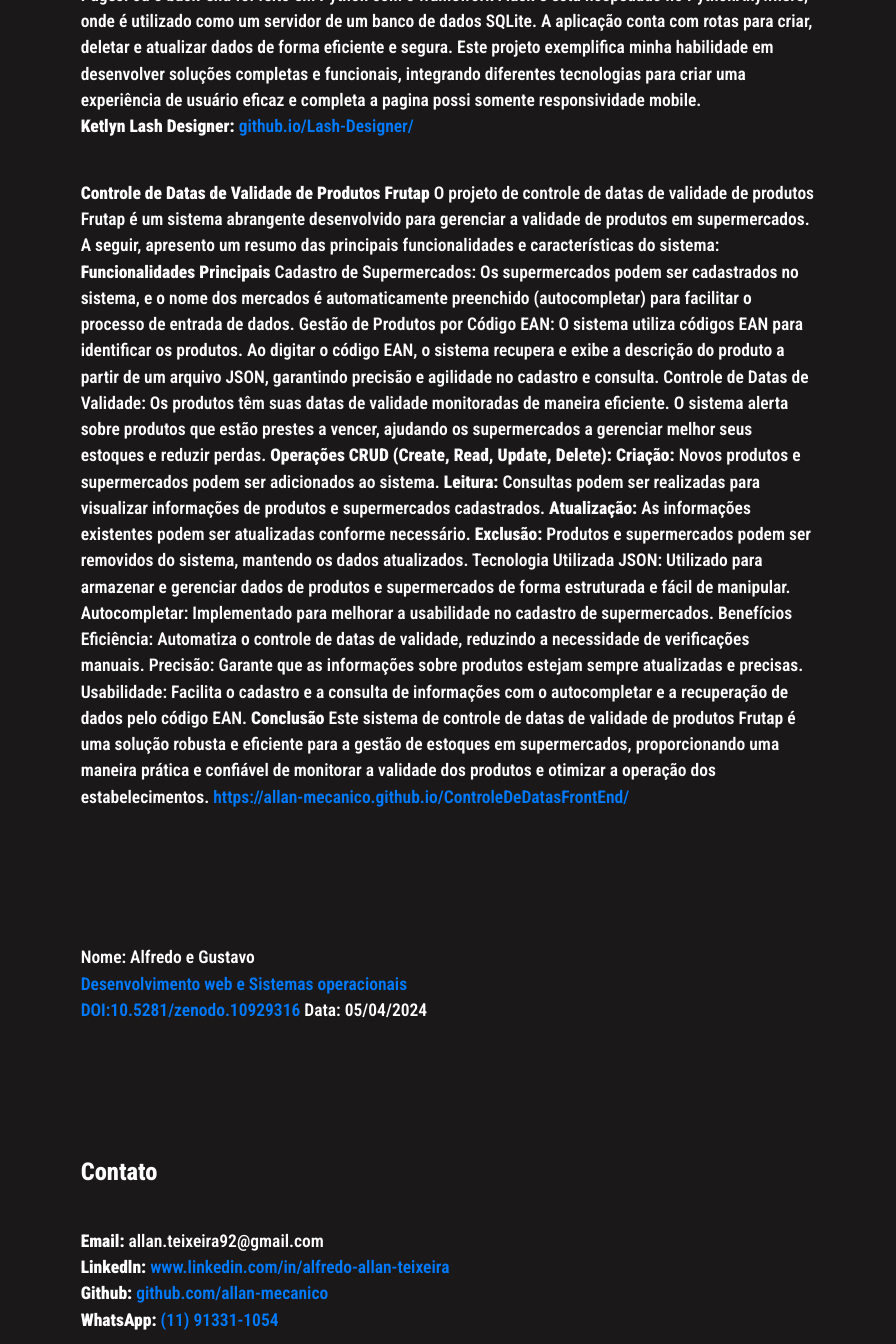
Repository: alfredo-allan/Portfolio
Page: index.html
The author's editor kept a copy of each file at every save. The page is drawn from the files as they stood at one save, then again after a run of saves.
The browser window is 1280 px wide. The pictures show the part of the page from y = 2584 to 4504 px (the page is 4504 px tall), at 70% of full size.

Above is the page before, as saved 2024-05-26 19:36:52.

### index.html
<!DOCTYPE html>
<html lang="pt-BR">
  <head>
    <meta charset="UTF-8" />
    <meta name="viewport" content="width=device-width, initial-scale=1.0" />
    <link
      rel="stylesheet"
      href="https://stackpath.bootstrapcdn.com/bootstrap/4.1.3/css/bootstrap.min.css"
      integrity="sha384-MCw98/SFnGE8fJT3GXwEOngsV7Zt27NXFoaoApmYm81iuXoPkFOJwJ8ERdknLPMO"
      crossorigin="anonymous"
    />
    <link rel="stylesheet" href="./src/assets/styles/home.css" />
    <link
      href="https://fonts.googleapis.com/css2?family=Roboto+Condensed:ital,wght@0,100..900;1,100..900&display=swap"
      rel="stylesheet"
    />

    <title>Portfolio</title>
    <div class="foto-perfil">
      <img src="./src/assets/images/foto-perfil.jpeg" alt="Minha Foto" />
    </div>
    <div class="menu">
      <ul>
        <li><a href="#Sobre">Sobre</a></li>
        <li><a href="#Conhecimento">Conhecimento</a></li>
        <li><a href="#Contato">Contato</a></li>
        <li><a href="#Projetos">Projetos</a></li>
        <li><a href="#Atividades">Atividades Faculdade</a></li>
        <li><a href="./curriculo.html">Currículo</a></li>
      </ul>
    </div>
    <div class="container" id="Sobre">
      <h2>Sobre</h2>
      <p>
        Meu nome é Alfredo Allan, e sou um profissional dedicado e apaixonado
        por tecnologia. Possuo experiência e conhecimento em diversos cursos e
        treinamentos, tais como Shell Script, introdução ao sistema operacional
        Linux, programação para internet com JavaScript, recriação da página do
        Instagram, criação de sites com HTML5 e CSS3, Git e GitHub, estruturas
        de algoritmos, lógica e programação essencial. Além disso, também possuo
        certificações em engenharia social e phishing, e sou um usuário
        experiente de Linux. Tenho um projeto pessoal de uma página de
        empréstimo no GitHub, onde aplico meus conhecimentos e habilidades de
        programação e web design. Estou sempre em busca de aprendizado e novos
        desafios, e estou confiante de que posso contribuir de forma
        significativa para sua equipe. Estou ansioso para mostrar como minhas
        habilidades e experiências podem agregar valor à sua empresa.
      </p>
    </div>
    <div id="Conhecimento">
      <h2>Conhecimento</h2>
      <p>
        Cursando Analise e desenvolvimento de sistemas <br />
        Shell script - manipulando arquivos <br />
        Introdução ao sistema operacional linux <br />
        Programação para internet com javascritp <br />
        Recriando a pagina do instagram <br />
        Imersão front-end Alura <br />
        Introdução a criação de sites com HTML 5 E CSS3 <br />
        Introdução ao git eo github <br />
        O que são estruturas de algoritimo <br />
        Logica e programação essencial <br />
        Engenharia social e phishing <br />
      </p>
    </div>

    <div id="sistemas">
      <h2>Sistemas Operacionais</h2>
      <p>
        Como usuário de Linux, possuo conhecimento em pacotes gerenciadores como
        apt e yum, bem como em servidores Apache. Sou capaz de estabelecer
        conexões SSH, gerar chaves públicas, e possuo boas práticas no uso do
        terminal de comandos. Além disso, possuo habilidades avançadas em
        instalação e configuração de sistemas operacionais, inclusive na
        manipulação de variáveis de ambiente como o PATH. Estas competências são
        fundamentais para garantir um ambiente de trabalho eficiente e seguro.
      </p>
    </div>
    <div id="Projetos">
      <h2>Projetos</h2>
      <p>
        Desenvolvi uma página web responsiva utilizando Bootstrap 5, HTML e CSS.
        A página possui uma simulação de empréstimo, onde o usuário pode
        escolher o número de meses para financiar e ver uma prestação
        aproximada. Além disso, incluí um botão de contato via WhatsApp para
        facilitar a comunicação com um corretor. <br />
        <strong>Emprestimo:</strong
        ><a href="https://allan-mecanico.github.io/Emprestimo-facil/index.html">
          github.io/Emprestimo-facil/
        </a>
      </p>
      <p>
        Esse projeto combina o uso de tecnologias front-end e back-end para
        criar uma aplicação web dinâmica e interativa. O front-end foi
        desenvolvido com HTML, CSS e JavaScript e está hospedado no GitHub
        Pages. Já o back-end foi feito em Python com o framework Flask e está
        hospedado no PythonAnywhere, onde é utilizado como um servidor de um
        banco de dados SQLite. A aplicação conta com rotas para criar, deletar e
        atualizar dados de forma eficiente e segura. Este projeto exemplifica
        minha habilidade em desenvolver soluções completas e funcionais,
        integrando diferentes tecnologias para criar uma experiência de usuário
        eficaz e completa a pagina possi somente responsividade mobile. <br />
        <strong>Ketlyn Lash Designer:</strong
        ><a href="https://allan-mecanico.github.io/Lash-Designer/">
          github.io/Lash-Designer/
        </a>
      </p>
      <p>
        <strong>Controle de Datas de Validade de Produtos Frutap</strong>
        O projeto de controle de datas de validade de produtos Frutap é um
        sistema abrangente desenvolvido para gerenciar a validade de produtos em
        supermercados. A seguir, apresento um resumo das principais
        funcionalidades e características do sistema:

        <strong>Funcionalidades Principais</strong>
        Cadastro de Supermercados: Os supermercados podem ser cadastrados no
        sistema, e o nome dos mercados é automaticamente preenchido
        (autocompletar) para facilitar o processo de entrada de dados. Gestão de
        Produtos por Código EAN: O sistema utiliza códigos EAN para identificar
        os produtos. Ao digitar o código EAN, o sistema recupera e exibe a
        descrição do produto a partir de um arquivo JSON, garantindo precisão e
        agilidade no cadastro e consulta. Controle de Datas de Validade: Os
        produtos têm suas datas de validade monitoradas de maneira eficiente. O
        sistema alerta sobre produtos que estão prestes a vencer, ajudando os
        supermercados a gerenciar melhor seus estoques e reduzir perdas.
        <strong>Operações CRUD (Create, Read, Update, Delete):</strong>

        <strong>Criação:</strong> Novos produtos e supermercados podem ser
        adicionados ao sistema. <strong>Leitura:</strong> Consultas podem ser
        realizadas para visualizar informações de produtos e supermercados
        cadastrados. <strong>Atualização:</strong> As informações existentes
        podem ser atualizadas conforme necessário.
        <strong>Exclusão:</strong> Produtos e supermercados podem ser removidos
        do sistema, mantendo os dados atualizados. Tecnologia Utilizada JSON:
        Utilizado para armazenar e gerenciar dados de produtos e supermercados
        de forma estruturada e fácil de manipular. Autocompletar: Implementado
        para melhorar a usabilidade no cadastro de supermercados. Benefícios
        Eficiência: Automatiza o controle de datas de validade, reduzindo a
        necessidade de verificações manuais. Precisão: Garante que as
        informações sobre produtos estejam sempre atualizadas e precisas.
        Usabilidade: Facilita o cadastro e a consulta de informações com o
        autocompletar e a recuperação de dados pelo código EAN.
        <strong>Conclusão</strong>
        Este sistema de controle de datas de validade de produtos Frutap é uma
        solução robusta e eficiente para a gestão de estoques em supermercados,
        proporcionando uma maneira prática e confiável de monitorar a validade
        dos produtos e otimizar a operação dos estabelecimentos.
        <a href="https://allan-mecanico.github.io/ControleDeDatasFrontEnd/"
          >https://allan-mecanico.github.io/ControleDeDatasFrontEnd/</a
        >
      </p>
    </div>
    <div id="Atividades">
      <p>
          Nome: Alfredo e Gustavo  <br>
        <a href="https://zenodo.org/records/10929316"
          >Desenvolvimento web e Sistemas operacionais <br>
          DOI:10.5281/zenodo.10929316</a
        >
        Data: 05/04/2024
      </p>
    </div>
    <div id="Contato">
      <h2>Contato</h2>

      <p>
        <strong>Email:</strong> allan.teixeira92@gmail.com <br />
        <strong>Linkedln:</strong
        ><a
          href="https://www.linkedin.com/in/alfredo-allan-teixeira-ba2701149/"
        >
          www.linkedin.com/in/alfredo-allan-teixeira <br
        /></a>

        <strong>Github:</strong
        ><a href="https://github.com/allan-mecanico">
          github.com/allan-mecanico<br
        /></a>
        <strong>WhatsApp:</strong
        ><a href="https://api.whatsapp.com/send?phone=5511913311054">
          (11) 91331-1054<br
        /></a>
      </p>
    </div>
  </head>
  <body>
    <script
      src="https://code.jquery.com/jquery-3.3.1.slim.min.js"
      integrity="sha384-q8i/X+965DzO0rT7abK41JStQIAqVgRVzpbzo5smXKp4YfRvH+8abtTE1Pi6jizo"
      crossorigin="anonymous"
    ></script>
    <script
      src="https://cdnjs.cloudflare.com/ajax/libs/popper.js/1.14.3/umd/popper.min.js"
      integrity="sha384-ZMP7rVo3mIykV+2+9J3UJ46jBk0WLaUAdn689aCwoqbBJiSnjAK/l8WvCWPIPm49"
      crossorigin="anonymous"
    ></script>
    <script
      src="https://stackpath.bootstrapcdn.com/bootstrap/4.1.3/js/bootstrap.min.js"
      integrity="sha384-ChfqqxuZUCnJSK3+MXmPNIyE6ZbWh2IMqE241rYiqJxyMiZ6OW/JmZQ5stwEULTy"
      crossorigin="anonymous"
    ></script>
  </body>
</html>

### src/assets/styles/home.css
:root {
  --roboto-condensed: "Roboto Condensed", sans-serif;
}

body {
  font-family: var(--roboto-condensed);
  background-color: rgb(26, 24, 24);
  background-position: center;
  background-size: cover;
}

@media (min-width: 310px) and (max-width: 480px) {
  body {
    background-image: url("../images/git-img.jpg");
    background-repeat: no-repeat;
    background-attachment: fixed;
  }
}

.menu ul {
  font-size: 1.5rem;
  font-weight: 600;
  margin-top: -14%;
  margin-right: 4%;
  text-align: right;
  list-style: none;
  li {
    margin-right: 12px;
    display: inline-block;
  }
}

@media only screen and (min-width: 310px) and (max-width: 450px) {
  .menu ul {
    font-weight: 1000;
    text-align: left;
    margin-top: -45%;
    padding: 20%;
    margin-left: 40%;
    font-size: 20px;
  }
}

.foto-perfil {
  margin-top: 1%;
  margin-left: 8%;
  width: 200px;
  height: 200px;
  border-radius: 50%;
  overflow: hidden;
}

.foto-perfil img {
  width: 100%;
  height: 100%;
  object-fit: cover;
}

@media only screen and (min-width: 310px) and (max-width: 450px) {
  .foto-perfil {
    width: 80px;
    height: 80px;
    margin-left: 10%;
    margin-top: 7%;
  }
}

#Sobre {
  color: white;
  margin-top: 20%;
  margin-left: 9%;
  h2 {
    font-weight: 1000;
    font-size: 35px;
    font-weight: 800;
  }
  p {
    font-weight: 300;
    margin-top: 5%;
    font-size: 25px;
    font-family: var(--roboto-condensed);
    width: 100%; /* Define a largura desejada */
    font-weight: 600;
  }
}

@media only screen and (min-width: 310px) and (max-width: 450px) {
  #Sobre {
    margin-left: -1%;
    margin-top: -10%;
    h2 {
      color: white;
      font-size: 22px;
      font-weight: 800;
    }
    p {
      color: white;
      margin-top: 5%;
      font-size: 18px;
      font-family: var(--roboto-condensed);
      width: 100%; /* Define a largura desejada */
      font-weight: 350;
    }
  }
}

#Conhecimento {
  color: white;
  margin-top: 15%;
  margin-left: 9%;
  h2 {
    font-size: 35px;
    font-weight: 800;
  }
  p {
    margin-top: 5%;
    font-size: 25px;
    font-family: var(--roboto-condensed);
    width: 90%; /* Define a largura desejada */
    font-weight: 600;
  }
}

@media only screen and (min-width: 310px) and (max-width: 450px) {
  #Conhecimento {
    margin-left: 1%;
    margin-top: 35%;
    h2 {
      color: white;
      font-size: 22px;
      font-weight: 800;
    }
    p {
      color: white;
      margin-top: 5%;
      font-size: 18px;
      font-family: var(--roboto-condensed);
      width: 100%; /* Define a largura desejada */
      font-weight: 350;
    }
  }
}
#sistemas {
  color: white;
  margin-top: 15%;
  margin-left: 9%;
  h2 {
    font-size: 35px;
    font-weight: 800;
  }
  p {
    margin-top: 5%;
    font-size: 25px;
    font-family: var(--roboto-condensed);
    width: 90%; /* Define a largura desejada */
    font-weight: 600;
  }
}

@media only screen and (min-width: 310px) and (max-width: 450px) {
  #sistemas {
    margin-left: -0%;
    margin-top: 20%;
    h2 {
      font-size: 22px;
      font-weight: 800;
    }
    p {
      margin-top: 5%;
      font-size: 18px;
      font-family: var(--roboto-condensed);
      width: 100%; /* Define a largura desejada */
      font-weight: 350;
    }
  }
}

#Projetos {
  color: white;
  margin-top: 15%;
  margin-left: 9%;
  h2 {
    font-size: 35px;
    font-weight: 800;
  }
  p {
    margin-top: 5%;
    font-size: 25px;
    font-family: var(--roboto-condensed);
    width: 90%; /* Define a largura desejada */
    font-weight: 600;
  }
}

@media only screen and (min-width: 310px) and (max-width: 450px) {
  #Projetos {
    margin-left: -0%;
    margin-top: 25%;
    h2 {
      font-size: 22px;
      font-weight: 800;
    }
    p {
      color: white;
      margin-top: 5%;
      font-size: 18px;
      font-family: var(--roboto-condensed);
      width: 100%; /* Define a largura desejada */
      font-weight: 350;
    }
  }
}

#Atividades {
  color: white;
  margin-top: 15%;
  margin-left: 9%;
  h2 {
    font-size: 35px;
    font-weight: 800;
  }
  p {
    margin-top: 5%;
    font-size: 25px;
    font-family: var(--roboto-condensed);
    width: 90%; /* Define a largura desejada */
    font-weight: 600;
  }
}

@media only screen and (min-width: 310px) and (max-width: 450px) {
  #Atividades {
    margin-left: -0%;
    margin-top: 25%;
    h2 {
      font-size: 22px;
      font-weight: 800;
    }
    p {
      color: white;
      margin-top: 5%;
      font-size: 18px;
      font-family: var(--roboto-condensed);
      width: 100%; /* Define a largura desejada */
      font-weight: 350;
    }
  }
}

#Contato {
  color: white;
  margin-top: 15%;
  margin-left: 9%;
  h2 {
    font-size: 35px;
    font-weight: 800;
  }
  p {
    margin-top: 5%;
    font-size: 25px;
    font-family: var(--roboto-condensed);
    width: 90%; /* Define a largura desejada */
    font-weight: 600;
  }
}

@media only screen and (min-width: 310px) and (max-width: 450px) {
  #Contato {
    margin-top: 25%;
    margin-left: 0%;
    h2 {
      font-size: 22px;
      font-weight: 800;
    }
    p {
      width: 100%;
      margin-top: 5%;
      font-size: 18px;
      font-family: var(--roboto-condensed);
      font-weight: 350;
    }
  }
}

After the next 3 saves:
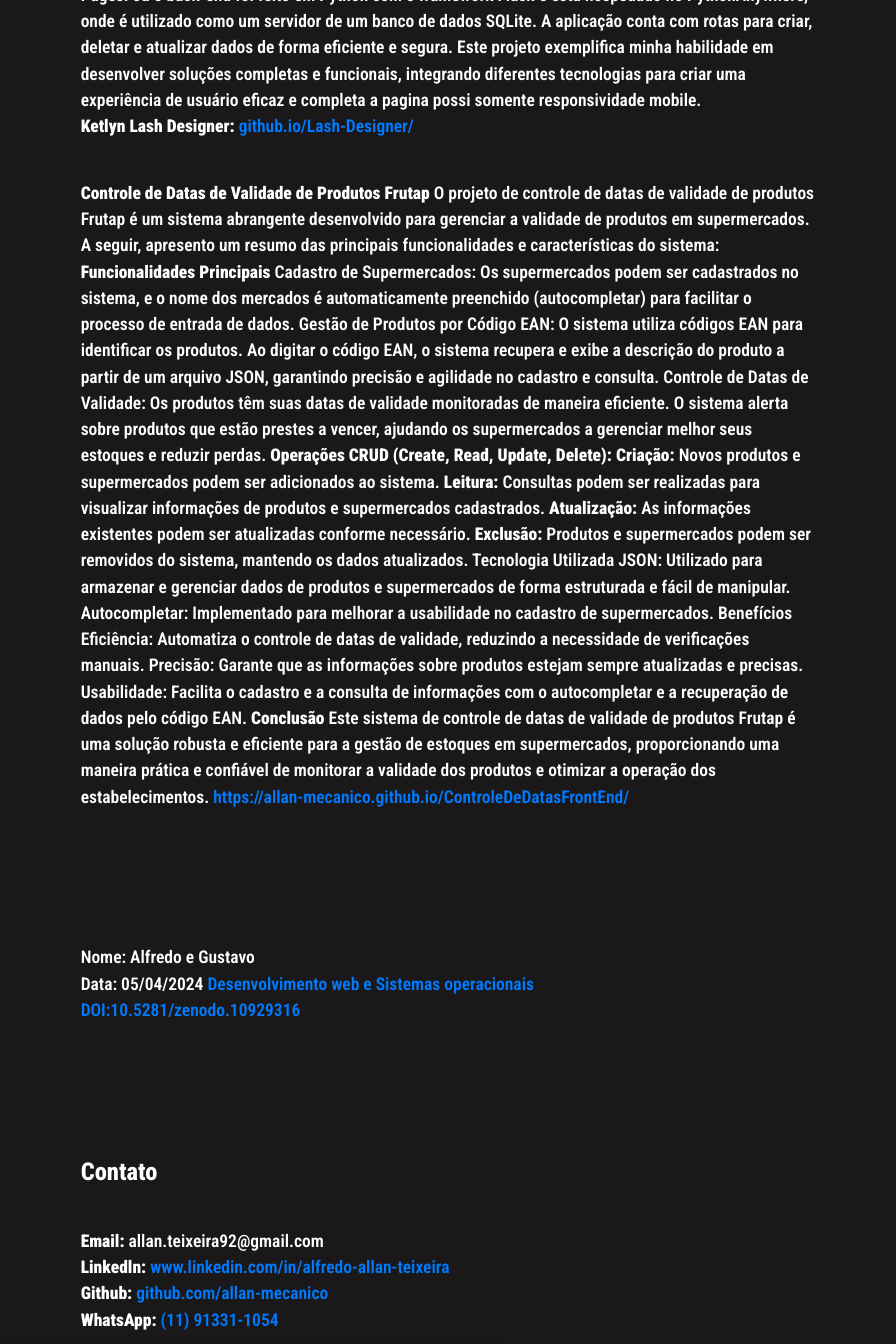
The 3 saves are shown as one change because they came seconds apart.
The last was saved 26 s later.
--- a/index.html
+++ b/index.html
@@ -153,11 +153,11 @@
     <div id="Atividades">
       <p>
           Nome: Alfredo e Gustavo  <br>
+          Data: 05/04/2024
         <a href="https://zenodo.org/records/10929316"
           >Desenvolvimento web e Sistemas operacionais <br>
           DOI:10.5281/zenodo.10929316</a
         >
-        Data: 05/04/2024
       </p>
     </div>
     <div id="Contato">
